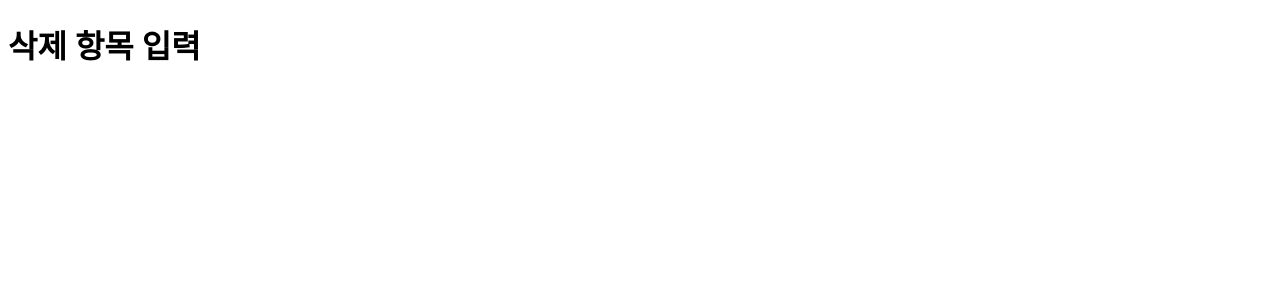
Repository: Hyuk-II/2-2
Page: http://localhost/기말고사/logout_input.jsp
These files come from the project's save history. The page is drawn as it stood at one moment and after the next save; the edit follows.
The browser window is 1280 px wide. The pictures show the whole page.
The page is served by Tomcat 9.

Above is the page before, as saved 2024-12-09 06:16:49.

After the next save:
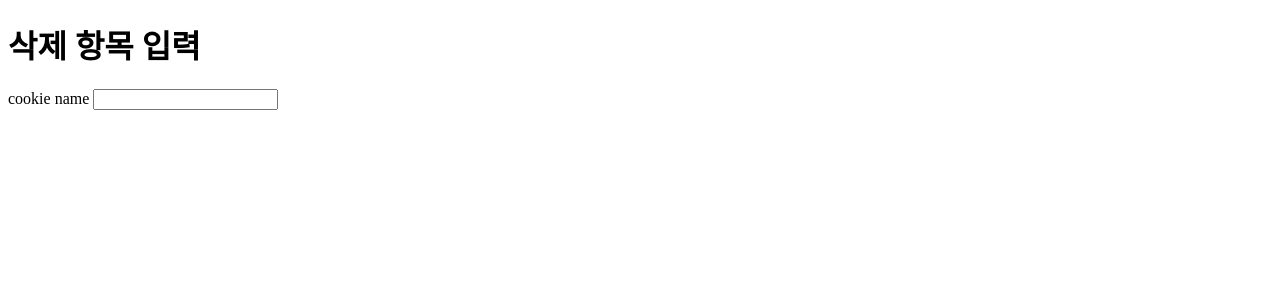
Saved 72 s later.
--- a/웹 프로그래밍/기말고사/src/main/webapp/logout_input.jsp
+++ b/웹 프로그래밍/기말고사/src/main/webapp/logout_input.jsp
@@ -9,7 +9,7 @@
 <body>
 <h1>삭제 항목 입력</h1>
 <form action = "delete_spec.jsp" method = "post">
-
+	cookie name <input type="text">
 </form>
 </body>
 </html>
